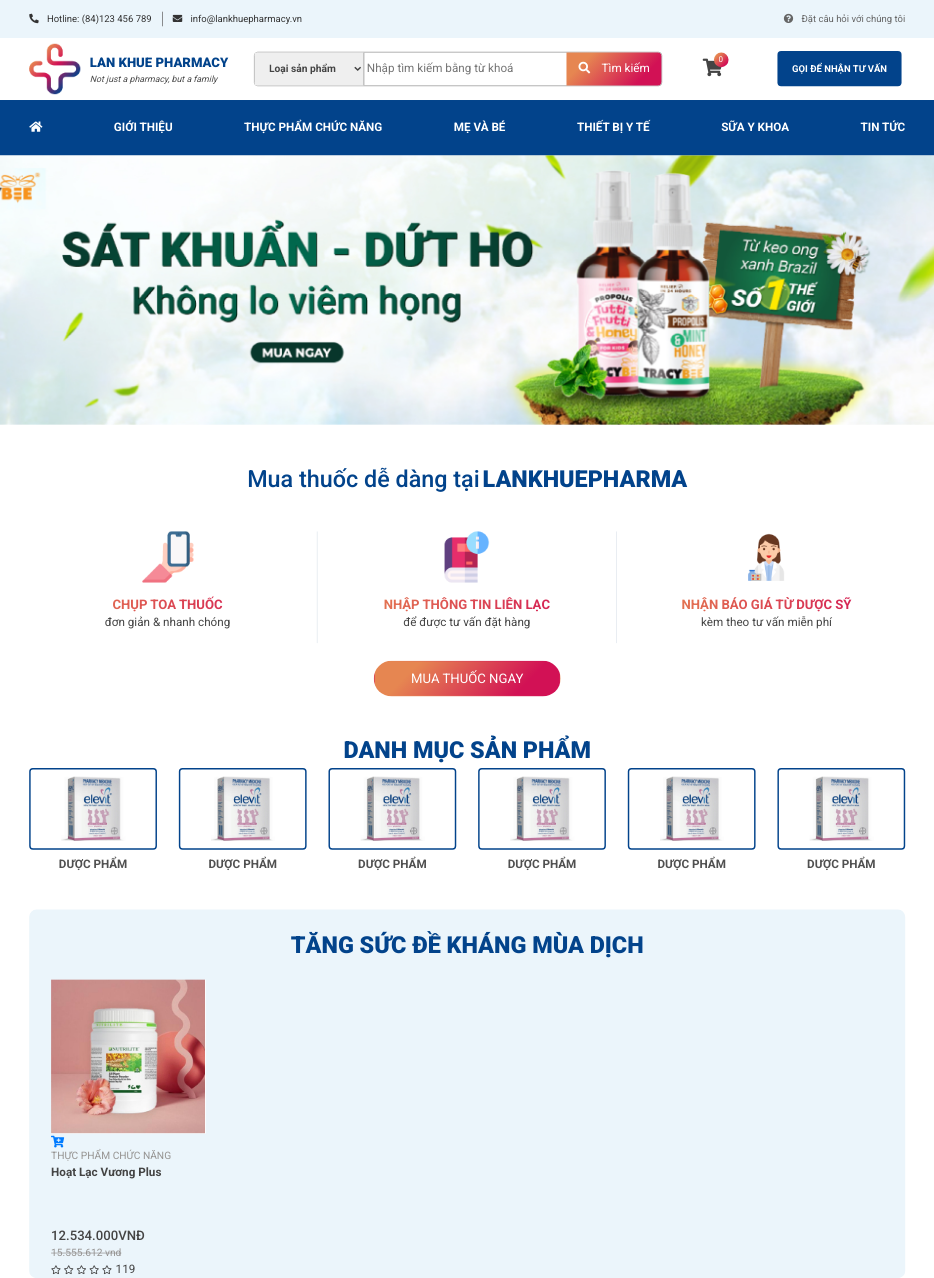
Repository: haianh12082001/Lan-khue
Page: index.html
An editor plug-in stored every save of this project. The page is shown before and after the next save, followed by the edit.
The browser window is 1280 px wide. The pictures show the whole page, at 73% of full size.
Some web libraries are served in a nearby version. The style sheet was rebuilt from its Sass, Less or Tailwind sources for each picture, by a compiler version that may differ from the author's.

Above is the page before, as saved 2021-12-18 15:46:30.

After the next save:
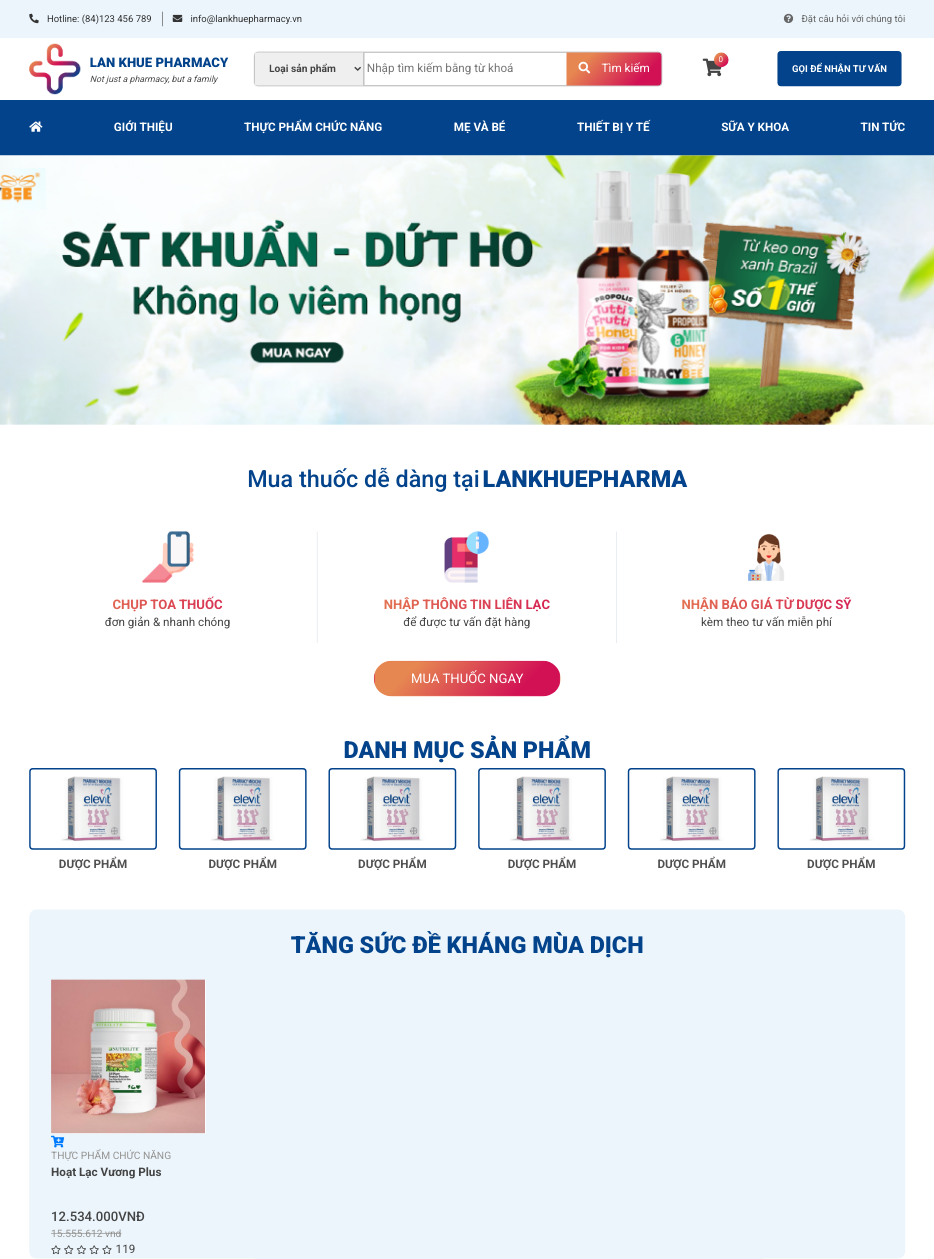
Saved 36 s later.
--- a/assets/sass/_body.scss
+++ b/assets/sass/_body.scss
@@ -88,7 +88,7 @@
     .name {
         font-weight: 700;
         margin-bottom: 13px;
-        height: 4.5rem;
+        height: 45px;
         @include text-truncate(2);
     }
     .new-price {
